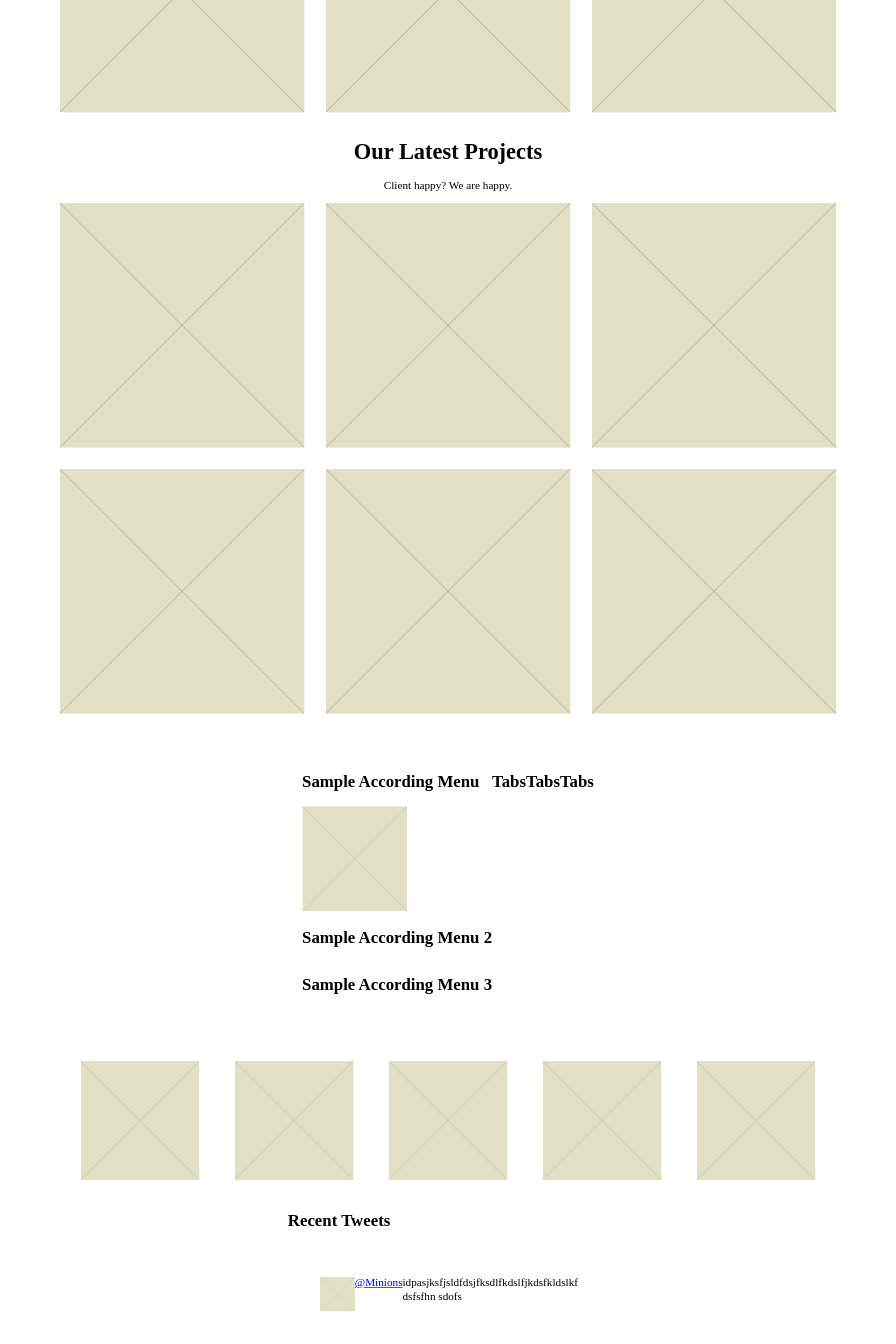
Repository: ReallyNguyen/responsive-web
Page: index.html
The author's editor kept a copy of each file at every save. The page is drawn from the files as they stood at one save, then again after the next save.
The browser window is 1280 px wide. The pictures show the part of the page from y = 754 to 2674 px (the page is 2674 px tall before and 2666 px after), at 70% of full size.

Above is the page before, as saved 2023-01-25 21:39:42.

### index.html
<!doctype html>
<html class="no-js" lang="">

<head>
  <meta charset="utf-8">
  <title></title>
  <meta name="description" content="">
  <meta name="viewport" content="width=device-width, initial-scale=1">

  <meta property="og:title" content="">
  <meta property="og:type" content="">
  <meta property="og:url" content="">
  <meta property="og:image" content="">

  <link rel="manifest" href="site.webmanifest">
  <link rel="apple-touch-icon" href="icon.png">
  <!-- Place favicon.ico in the root directory -->

  <link rel="stylesheet" href="css/normalize.css">
  <link rel="stylesheet" href="css/main.css">

  <meta name="theme-color" content="#fafafa">
</head>

<body>
  <header>
    <div class="nav-bar">
      <h1 class="company-name" >Metrolics</h1>
      <img class="logo" src="placeholder.svg" alt="company logo" width="50" height="50">
      <img class="accordian" src="placeholder.svg" alt="accordian here" width="50" height="50">

    </div>

    <div class="introduction">
      <h1> Hey guys! This is the Metrolics theme. It sports a responsive layout with a mobile layout.</h1>
    </div>


  </header>



  <article>

    <div class="Title">
      <h1>
        Things we do
      </h1>
      <p>
        ask what we do
      </p>
    </div>

    <main>

      <div class="Contents">
        <div class="Content">
          <img src="placeholder.svg" alt="" width="50" height="50">
          <div class="Description">
            <h4 class="topic">
              Web Solution
            </h4>
            <p> ajisdjsad</p>
          </div>
        </div>

        <div class="Content">
          <img src="placeholder.svg" alt="" width="50" height="50">
          <div class="Description">
            <h4 class="topic">
              Photography
            </h4>
            <p> ajisdjsad</p>
          </div>
        </div>

        <div class="Content">
          <img src="placeholder.svg" alt="" width="50" height="50">
          <div class="Description">
            <h4 class="topic">
              Web Development
            </h4>
            <p> ajisdjsad</p>
          </div>
        </div>

        <div class="Content">
          <img src="placeholder.svg" alt="" width="50" height="50">
          <div class="Description">
            <h4 class="topic">
              Web Design
            </h4>
            <p> ajisdjsad</p>
          </div>
        </div>



      </div>

      <div class="whats_up_lately">

        <div class="Title">
          <h1>
            What's up lately?
          </h1>
          <p>
            Read up on our latest work
          </p>
        </div>

        <div class="Boxes">
          <img class="Sample" src="placeholder.svg" alt="" width="360" height="360">
          <img class="Sample" src="placeholder.svg" alt="" width="360" height="360">
          <img class="Sample" src="placeholder.svg" alt="" width="360" height="360">
        </div>
      </div>

      <div class="our_latest_projects">

        <div class="Title">
          <h1>
            Our Latest Projects
          </h1>
          <p>
            Client happy? We are happy.
          </p>
        </div>

        <div class="Boxes">
          <img class="Sample" src="placeholder.svg" alt="">
          <img class="Sample" src="placeholder.svg" alt="">
          <img class="Sample" src="placeholder.svg" alt="">
          <img class="Sample" src="placeholder.svg" alt="">
          <img class="Sample" src="placeholder.svg" alt="">
          <img class="Sample" src="placeholder.svg" alt="">
        </div>
      </div>

      <div class="Bottom">
        <div class="Menu">
          <div class="Menu1">
            <h2>Sample According Menu</h2>
            <div class="Desc-Menu1"></div>
            <img src="placeholder.svg" alt="" width="150" height="150">
          </div>
          <h2>Sample According Menu 2</h2>
          <h2>Sample According Menu 3</h2>
        </div>
        <div class="Tabs">
          <h2>Tabs</h2>
          <h2>Tabs</h2>
          <h2>Tabs</h2>
        </div>
      </div>

      <div class="Companies">
        <img class="Companies-Logo" src="placeholder.svg" alt="">
        <img class="Companies-Logo" src="placeholder.svg" alt="">
        <img class="Companies-Logo" src="placeholder.svg" alt="">
        <img class="Companies-Logo" src="placeholder.svg" alt="">
        <img class="Companies-Logo" src="placeholder.svg" alt="">
      </div>

      <div class="recent-tweets">
        <h2> Recent Tweets </h2>
        <div class="social-box">
          <img src="placeholder.svg" alt="" width="50" height="50">
          <a href="url"> @Minions </a>
          <p> idpasjksfjsldfdsjfksdlfkdslfjkdsfkldslkf dsfsfhn sdofs </p>
        </div>
      </div>

    </main>



  </article>
</body>

</html>

### css/main.css
.nav-bar {
  display: flex;
  flex-direction: row;
  justify-content: center;
  margin: 50px;
}

.introduction {
  display: flex;
  justify-content: center;
}

.social-box {
  display: flex;
  margin: auto atuo atuo;
  padding: 10%;

}

article>div {
  margin: 15px;
}

.Title {
  display: flex;
  flex-direction: column;
  text-align: center;
  margin-top: 0;
}

main {
  display: flex;
  flex-direction: column;
  align-items: center;
}


.topic {
  margin: 0;
}

p {
  margin: 0px;
}

.Contents {
  display: flex;
  flex-direction: row;
}

.Content {
  display: flex;
  flex-direction: row;
  margin: 15px;
}

.Boxes {
  display: flex;
  display: flex;
  flex-wrap: wrap;
  justify-content: center;
}

.Sample {
  margin: 15px;
  width: 350px;
  height: 350px;
}

.Bottom {
  display: flex;
  flex-direction: row;
  margin: 50px;
}

.Menu {
  display: flex;
  flex-direction: column;
}

.Tabs {
  display: flex;
  flex-direction: row;
}

.Companies {
  display: flex;
  flex-direction: row;
}

.Companies-Logo {
  width: 170px;
  height: 170px;
  margin: 25px;
}

/* Small only */
@media screen and (max-width: 39.9375em) {
  header {
    display: flex;
    flex-direction: column;
    text-align: center;
    margin: 15px;
    font-size: 10px;
  }
}

/* Medium and up */
@media screen and (min-width: 40em) {
  h1 br {
    display: none;
  }

}

/* Medium only */
@media screen and (min-width: 40em) and (max-width: 63.9375em) {}

/* Large and up */
@media screen and (min-width: 64em) {}

/* Large only */
@media screen and (min-width: 64em) and (max-width: 74.9375em) {}

Loaded but not shown: css/normalize.css (library)

After the next save:
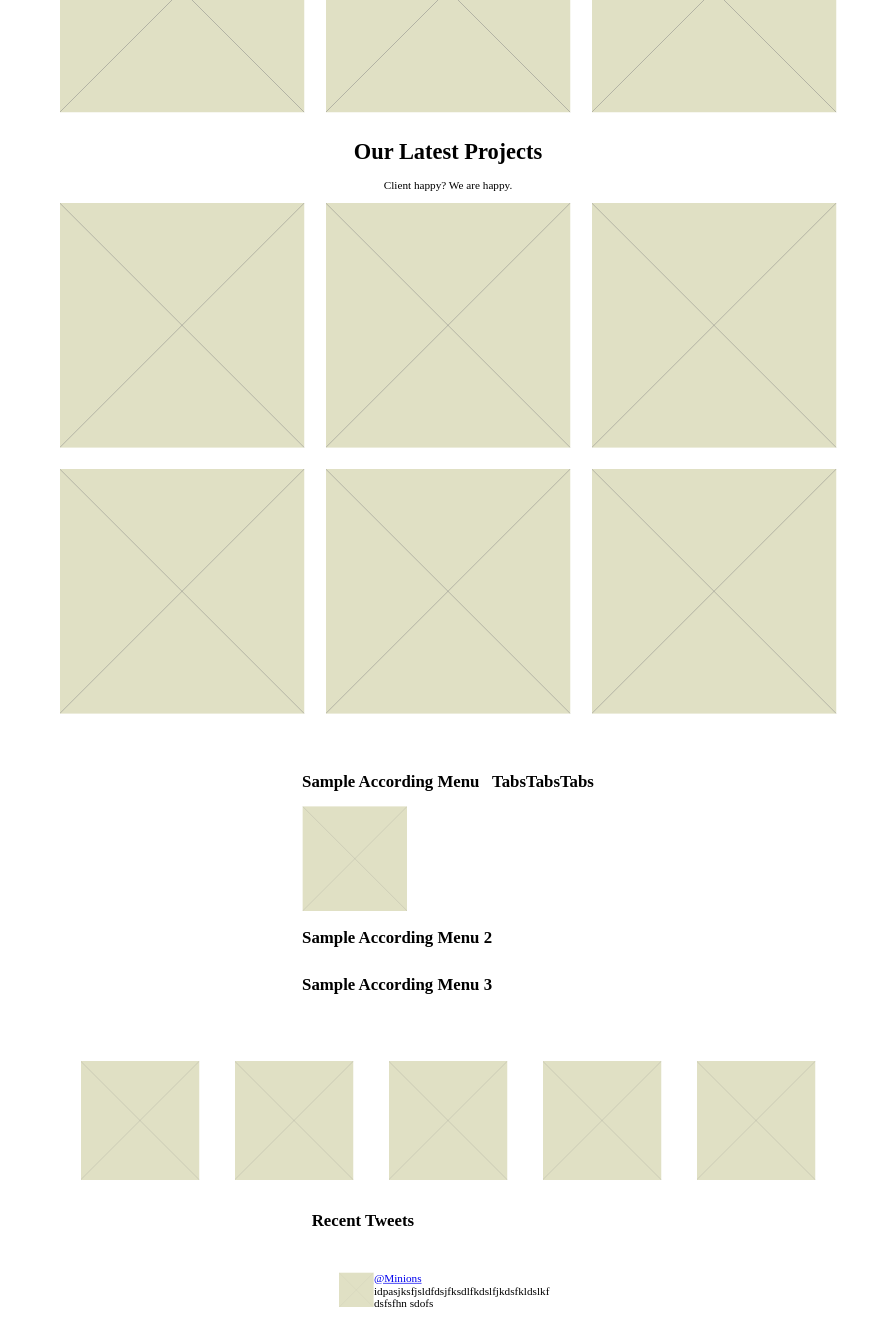
Saved 78 s later.
--- a/index.html
+++ b/index.html
@@ -166,8 +166,10 @@
         <h2> Recent Tweets </h2>
         <div class="social-box">
           <img src="placeholder.svg" alt="" width="50" height="50">
-          <a href="url"> @Minions </a>
-          <p> idpasjksfjsldfdsjfksdlfkdslfjkdsfkldslkf dsfsfhn sdofs </p>
+          <div class="social-text-box">
+            <a href="url"> @Minions </a>
+            <p> idpasjksfjsldfdsjfksdlfkdslfjkdsfkldslkf dsfsfhn sdofs </p>
+        </div>
         </div>
       </div>
 

After the 3 saves that followed:
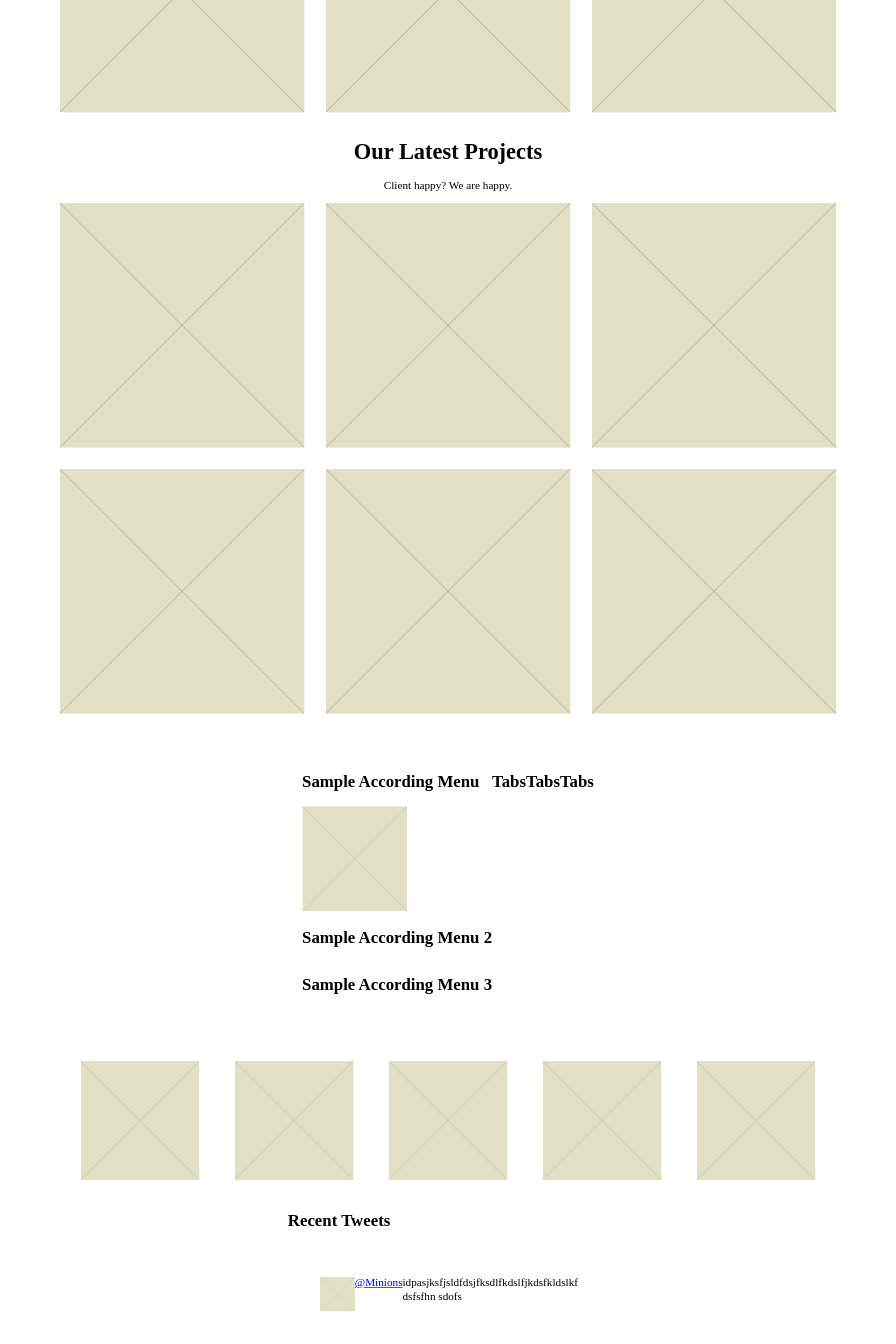
The 3 saves are shown as one change because 1 left the picture as it was and some came seconds apart.
The last was saved 35 s later.
--- a/css/main.css
+++ b/css/main.css
@@ -12,10 +12,15 @@
 
 .social-box {
   display: flex;
-  margin: auto atuo atuo;
   padding: 10%;
 
 }
+
+.social-text-box {
+  display: flex;
+  padding-right: 20%;
+}
+
 
 article>div {
   margin: 15px;
